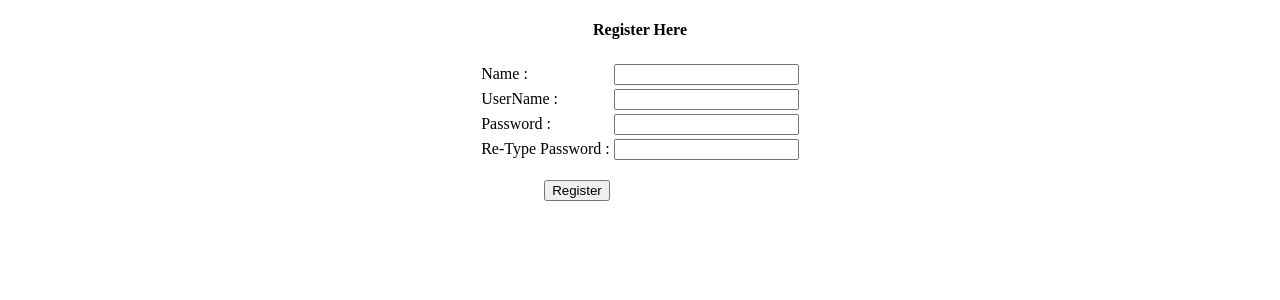
Repository: ShegokarSneha/Login-Registration
Page: http://localhost/LoginRegistration/Register.jsp
An editor plug-in stored every save of this project. The page is shown before and after the next save, followed by the edit.
The browser window is 1280 px wide. The pictures show the whole page.
The page is served by Tomcat 9.

Above is the page before, as saved 2019-07-09 04:41:50.

After the next save:
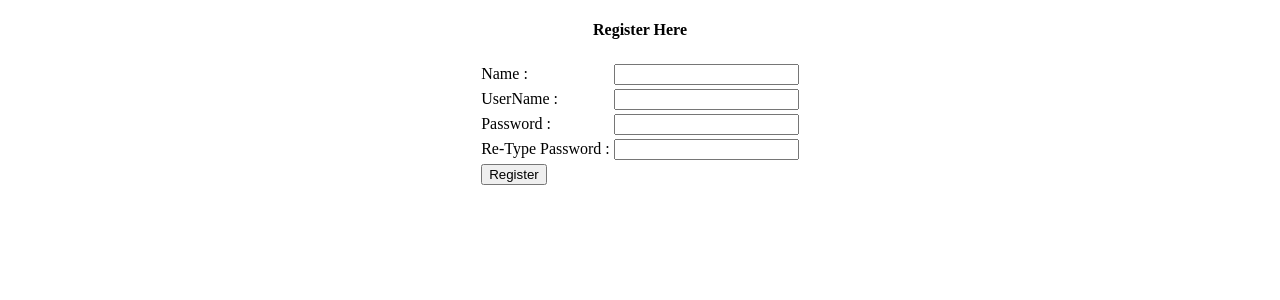
Saved 3 min 37 s later.
--- a/LoginRegistration/WebContent/Register.jsp
+++ b/LoginRegistration/WebContent/Register.jsp
@@ -25,9 +25,8 @@
 					<td>Re-Type Password :</td>
 					<td><input type="password" name="password"></td>
 				<tr>
-					<td><p align="right">
-							<input type="Submit" name="Submit" value="Register">
-						</p></td>
+					<td><input type="Submit" name="Submit" value="Register">
+						</td>
 			</table>
 		</form>
 	</center>
